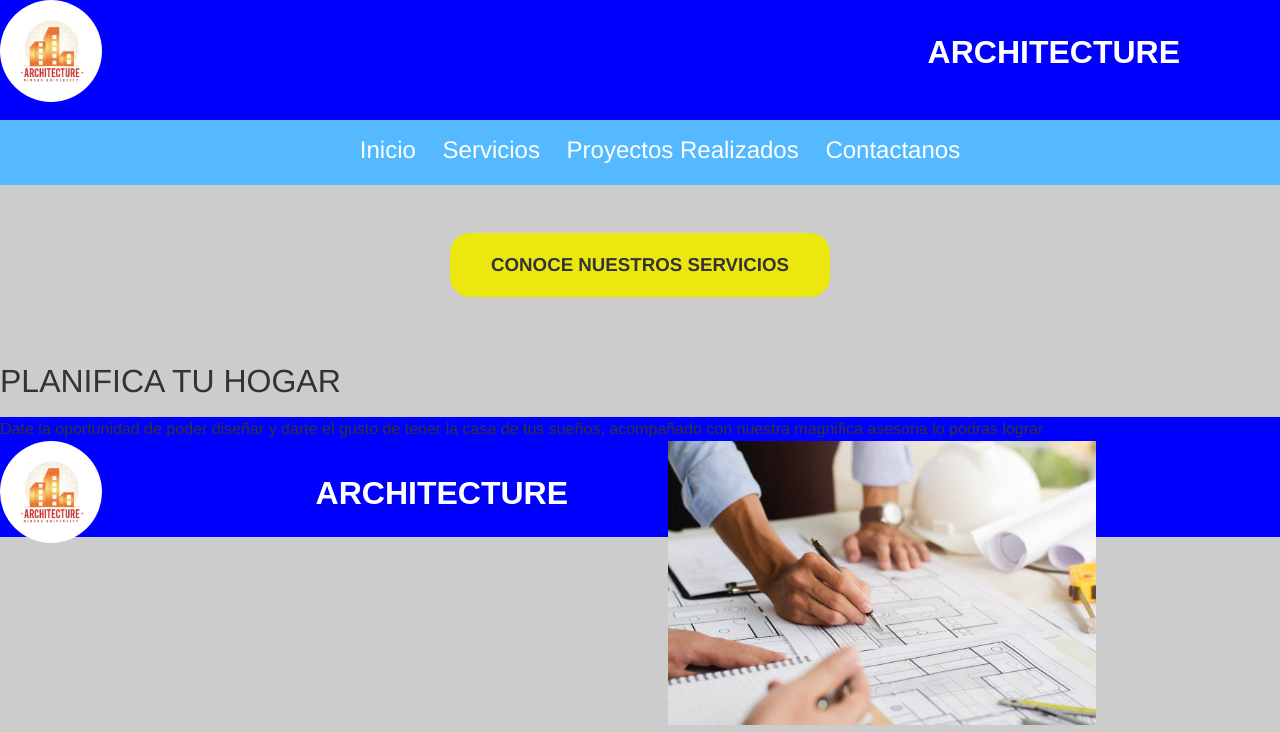
Repository: gabrielestrella18/htdocs
Page: http://localhost/arquitectos/servicios.php
These files come from the project's save history. The page is drawn as it stood at one moment and after the next save; the edit follows.
The browser window is 1280 px wide. The pictures show the whole page.
The page is run by PHP 8.4 with error messages shown; the project is at /var/www/html/.

Above is the page before, as saved 2023-12-07 17:12:05.

After the next save:
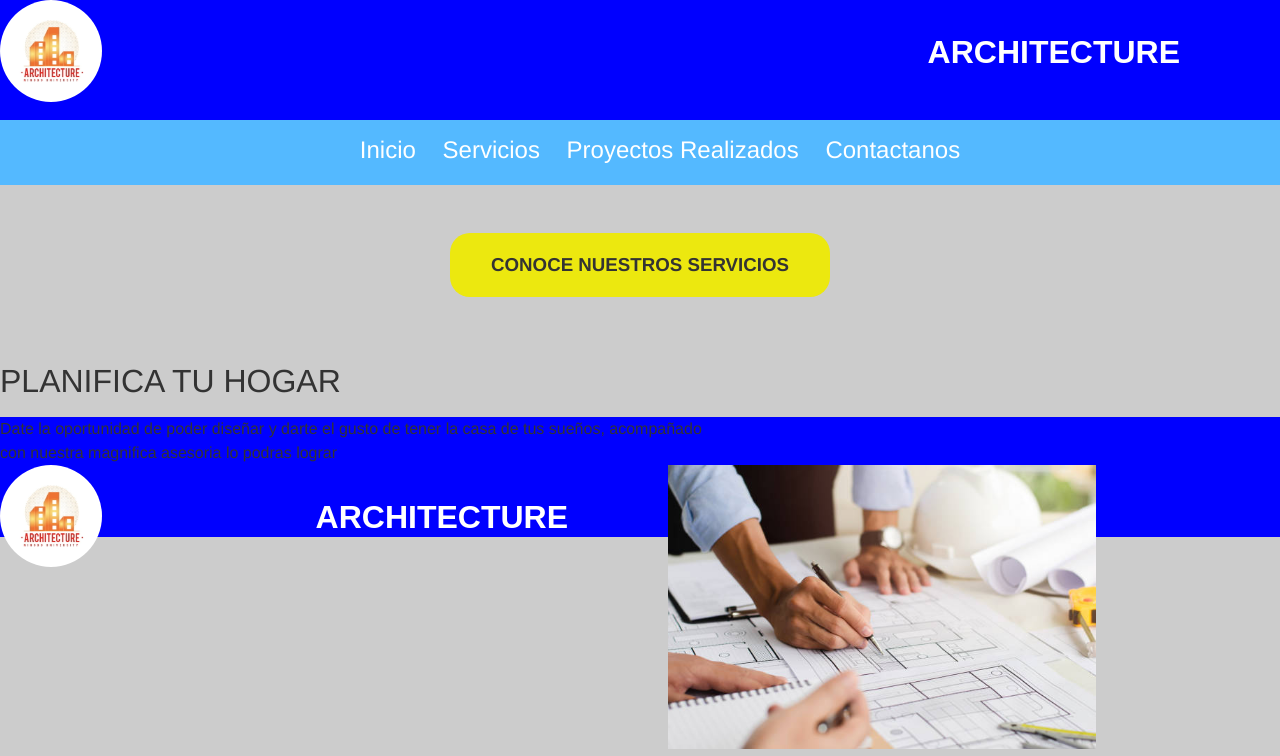
Saved 31 s later.
--- a/arquitectos/servicios.php
+++ b/arquitectos/servicios.php
@@ -36,7 +36,7 @@
   <div class="caja1">
 <p class="pl">PLANIFICA TU HOGAR</p>
 <br>
-<span class="text"> Date la oportunidad de poder diseñar y darte el gusto de tener la casa de tus sueños, acompañado
+<span class="text"> Date la oportunidad de poder diseñar y darte el gusto de tener la casa de tus sueños, acompañado <br>
 con nuestra magnifica asesoria lo podras lograr</span></div>
 <div class="caja2">
 <img class="plan" src="imagenes/planif.jpg" alt="">
